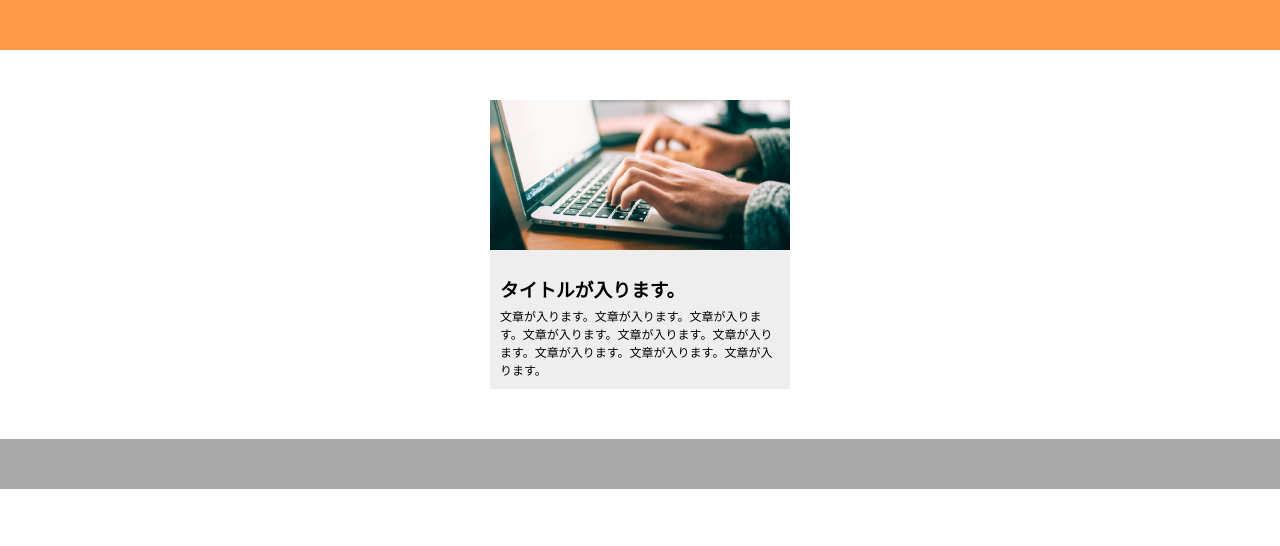
Repository: tkikokiko/webcamp-practice
Page: 1-9/index1-9-2.html
The author's editor kept a record of every edit. The page is drawn from the files as they stood at one moment, then again after the next edit.
The browser window is 1280 px wide. The pictures show the whole page.

Above is the page before.

After the next edit:
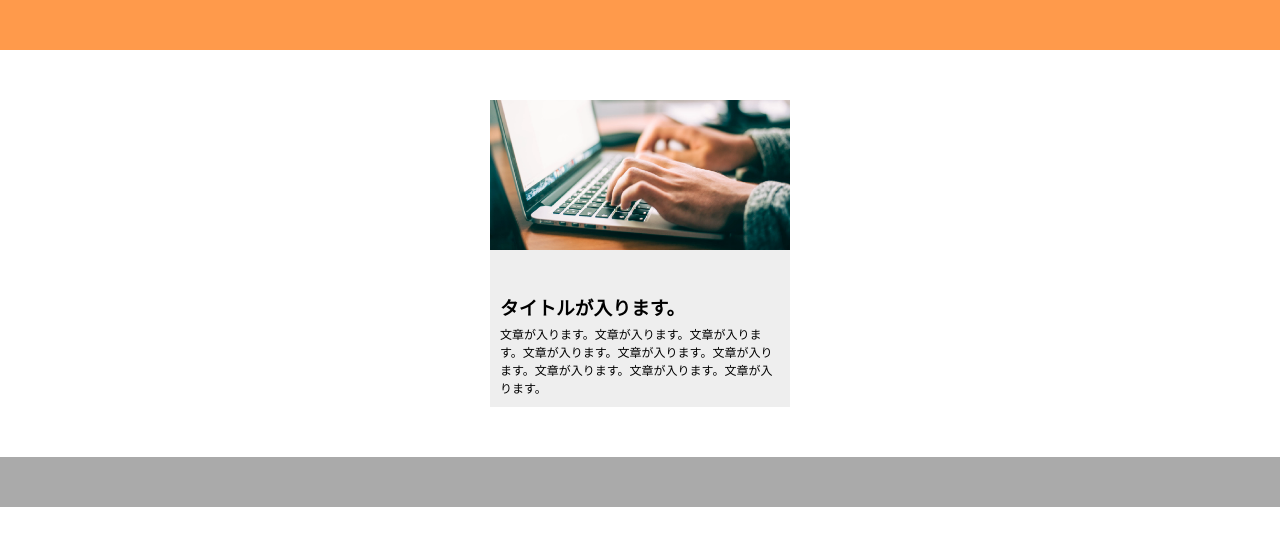
The edit:
--- a/1-9/style1-9-2.css
+++ b/1-9/style1-9-2.css
@@ -29,13 +29,13 @@
   margin-right: 0;
 }
 
-/*.main-step {*/
-/*  color: #ffffff;*/
-/*  display: inline-block;*/
-/*  top: 0;*/
-/*  left: 0;*/
-/*  background-color: #ff9a4b;*/
-/*}*/
+.main-step {
+  color: #ffffff;
+  display: inline-block;
+  top: 0;
+  left: 0;
+  background-color: #ff9a4b;
+}
 
 .main-contents {
   width: 300px;
